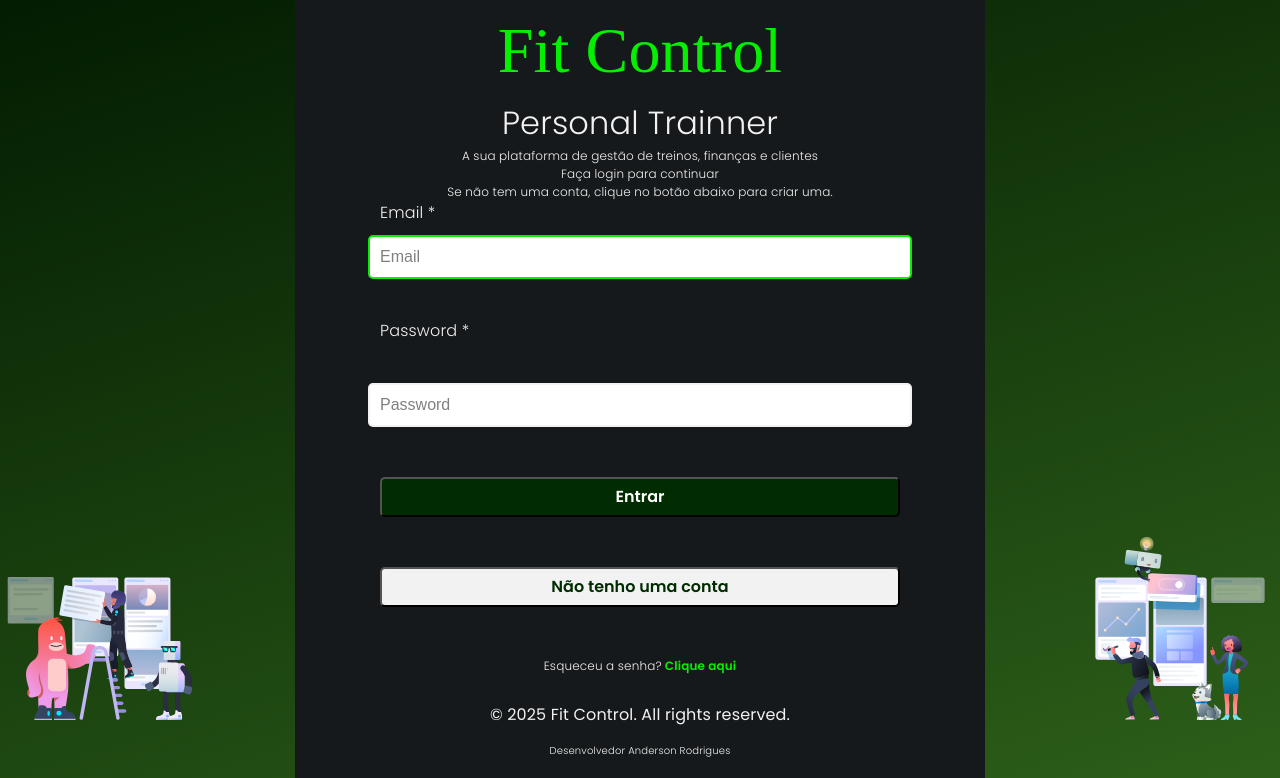
Repository: fit-control/frontend-fit-control
Page: /
The author's editor kept a copy of each file at every save. The page is drawn from the files as they stood at one save, then again after the next save.
The browser window is 1280 px wide. The pictures show the whole page.
The page's requests for data from a server got no answer. Some web fonts or font styles are not loaded; a fallback is used. The project was rebuilt for these pictures with package versions that can differ from the ones it lists, and the page was loaded fresh each time. No one was signed in, and anything a server would have sent is missing. Also part of the build but not shown: next.config.js, vite.config.ts, src/components/containerCenterCadastro.tsx, src/pages/About.tsx, src/pages/NotFound.tsx, src/components/AuthRoutes.tsx, src/pages/PaginaTeste.tsx.

Above is the page before, as saved 2025-03-23 19:36:18.

### src/main.tsx
import { StrictMode } from 'react'
import { createRoot } from 'react-dom/client'
import './App.css'
import App from './App.tsx'
import { AuthProvider } from './context/auth.tsx'

createRoot(document.getElementById('root')!).render(
  <StrictMode>
    <AuthProvider>
      <App />
    </AuthProvider>
  </StrictMode>,
)

### src/App.css
@import url('https://fonts.googleapis.com/css2?family=Alike+Angular&family=Platypi:ital,wght@0,300..800;1,300..800&family=Poppins:ital,wght@0,100;0,200;0,300;0,400;0,500;0,600;0,700;0,800;0,900;1,100;1,200;1,300;1,400;1,500;1,600;1,700;1,800;1,900&display=swap');
@import url('https://fonts.googleapis.com/css2?family=Aguafina+Script&family=Alike+Angular&family=Platypi:ital,wght@0,300..800;1,300..800&family=Poppins:ital,wght@0,100;0,200;0,300;0,400;0,500;0,600;0,700;0,800;0,900;1,100;1,200;1,300;1,400;1,500;1,600;1,700;1,800;1,900&display=swap');
/* @tailwind base;
@tailwind components;
@tailwind utilities; */

/* :root {
  --background: #ffffff;
  --foreground: #171717;
}

@media (prefers-color-scheme: light) {
  :root {
    --background: #0a0a0a;
    --foreground: #ededed;
  }
} */

body {
  padding: 0;
  margin: 0;
  font-family: Poppins, sans-serif;
  font-size: 16px;
  line-height: 1.5;
  font-weight: 400;
  width: 100vw;
  height: 100vh;
  letter-spacing: 0.01em;
  display: flex;
  justify-content: center;
  align-items: center;

  .iconPageLeft {
    position: absolute;
    left: 0;
    bottom: 0;
    max-width: 400px;
    max-height: 400px;

    @media (max-width: 1480px) {
      max-width: 300px;
      max-height: 300px;
    }
    @media (max-width: 1280px) {
      max-width: 200px;
      max-height: 200px;
    }
    @media (max-width: 930px) {
      display: none;
    }
  }
  .iconPageRight {
    position: absolute;
    right: 0;
    bottom: 0;
    max-width: 400px;
    max-height: 400px;

    @media (max-width: 1480px) {
      max-width: 300px;
      max-height: 300px;
    }

    @media (max-width: 1280px) {
      max-width: 200px;
      max-height: 200px;
    }
    @media (max-width: 930px) {
      display: none;
    }
  }

  .containerLogin {
    width: 650px;
    min-height: calc(100vh - 40px);
    display: flex;
    flex-direction: column;
    justify-content: space-between;
    padding: 20px;
    align-items: center;
    background-color: #16191B;

    @media (max-width: 930px) {
      width: calc(100vw - 40px);
      overflow: hidden;
    }
    .divTitle {
      margin-top: 40px;
      display: flex;
      flex-direction: column;
      align-items: center;
      justify-content: center;

      h1 {
        margin: 0;
        color: #04F000;
        font-family: 'Aguafina Script', cursive;
        font-size: 4rem;
        font-weight: 400;
      }
      h3 {
        margin: 0;
        color: #F2F2F2;
        font-family: 'Poppins', sans-serif;
        font-size: 2rem;
        font-weight: 300;
      }
      p {
        color: #F2F2F2;
        font-size: 12px;
        font-weight: 300;
        margin: 0;
        text-align: center;
        display: flex;
      }
    }
    p {
      text-align: center;
      display: flex;
      color: #F2F2F2;
    }
    footer {
      display: flex;
      flex-direction: column;
      align-items: center;
      justify-content: center;

      .assignDeveloper {
        margin: 0%;
        color: #F2F2F2;
        font-size: 10px;
        font-weight: 300;
      }
    }

    .centerCard {
      display: flex;
      flex-direction: column;
      align-items: center;
      justify-content: center;
      gap: 40px;
      width: -webkit-fill-available;

      div {
        width: 100%;
        display: flex;
        flex-direction: column;
        align-items: center;
        gap: 10px;
        justify-content: center;
      }
      select {
        width: 84%;
        border-radius: 5px;
        height: 40px;
        margin: 10px;
      }
      input {
        width: 80%;
        height: 40px;
        border: 2px solid #F2F2F2;
        border-radius: 5px;
        padding: 0 10px;
        /* background-color: #16191B; */
        color: #16191B;
        font-size: 16px;
        font-weight: 300;
        outline: none;
        transition: all 0.3s ease;
        &::placeholder {
          color: gray;
          font-size: 16px;
          font-weight: 400;
        }
        &:focus {
          border-color: #04F000;
        }
      }
      .input-error {
        border: 2px solid red !important;
      }
      .input-text-error {
        margin: 0;
        color: red !important;
        font-weight: 300 !important;
      }
      label {
        color: #F2F2F2;
        font-size: 16px;
        font-weight: 300;
        display: flex;
        justify-content: flex-start;
        width: 80%;
      }
      button {
        width: 80%;
        height: 40px;
        border-radius: 5px;
        padding: 0 10px;
        font-family: 'Poppins', sans-serif;
        font-size: 16px;
        font-weight: 600;
        outline: none;
        transition: all 0.3s ease;
      }
      .button1{
        background-color: #012B00 !important;
        color: #FFFFFF !important;
      }
      .button1:hover{
        border: 2px solid #04F000;
        transition: all 0.4s ease-in-out;
      }
      .registerButton {
        background-color: #F2F2F2;
        color: #012B00;
        font-family: 'Poppins', sans-serif;
        font-size: 16px;
        font-weight: 600;
        outline: none;
        transition: all 0.3s ease;
        margin-top: 10px;

      }
      .registerButton:hover {
        background-color: #012B00;
        text-decoration: underline;
        color: #F2F2F2;
        border: 2px solid #04F000;
        cursor: pointer;
        transition: all 0.4s ease-in-out;
      }
      .registerLink {
        color: #04F000;
        font-weight: 600;
      }
      .tagRegister {
        margin-top: 10px;
        font-size: 12px;
        font-weight: 300;
        gap: 3px;
        cursor: pointer;
      }
      .registerLink {
        color: #04F000;
        font-weight: 600;
        text-decoration: none;
      }
      .registerLink:hover {
        text-decoration: underline;
      }
    }
  }
}

### src/App.tsx
import './App.css'
import Home from './pages/Home'
import About from './pages/About';
import NotFound from './pages/NotFound';
import { BrowserRouter as Router, Route, Routes } from "react-router-dom";
import AuthRoutes from './components/AuthRoutes';
import PaginaTeste from './pages/PaginaTeste';

function App() {

  return (
    <Router>
      <div>
      <Routes>
        <Route index element={<Home />} />
        <Route path="/cadastro" element={<Home />}/>
          <Route element={<AuthRoutes />}>
            <Route path="/pagina-teste" element={<PaginaTeste />}/>
          </Route>
          <Route path="/about" element={<About />} />
        <Route path="*" element={<NotFound />} />
      </Routes>
      </div>
    </Router>
  );
}

export default App

### src/context/auth.tsx
import React, { createContext, useContext, useState, useEffect, useCallback } from "react";
import axios from "axios";
import api from "../api/api";

interface User {
  id: string;
  email: string;
  password: string;
  name: string;
  role: string;
}

interface AuthContextType {
  user: User | null;
  login: (email: string, password: string) => Promise<User>;
  logout: () => void;
  isAuthenticated: boolean;
}

// Criação do contexto
const AuthContext = createContext<AuthContextType>({
  user: {
    id: '',
    email: '',
    password: '',
    name: '',
    role: ''
  },
  login: async () => ({
    id: '',
    email: '',
    password: '',
    name: '',
    role: ''
  }),
  logout: () => {},
  isAuthenticated: false
});

// Provider do contexto de autenticação
export const AuthProvider = ({ children }: { children: React.ReactNode }) => {
  const [user, setUser] = useState<User | null>(null);
  const [isAuthenticated, setIsAutenticatad] = useState<boolean>(false);

  const logout = () => {
    setIsAutenticatad(false);
    setUser(null);
    localStorage.removeItem("token");
    delete axios.defaults.headers.common["Authorization"];
  };

  const fetchUserData = useCallback(async (authToken: string) => {
    try {
      const response = await axios.get("/auth/me", {
        headers: { Authorization: `Bearer ${authToken}` },
      });
      setUser(response.data);
    } catch (error) {
      console.error("Erro ao buscar dados do usuário:", error);
      logout();
    }
  }, []);

  useEffect(() => {
    // Verifica se há um token salvo no localStorage ao carregar a aplicação
    const storedToken = localStorage.getItem("token");
    if (storedToken) {
      setIsAutenticatad(true);
      axios.defaults.headers.common["Authorization"] = `Bearer ${storedToken}`;
      fetchUserData(storedToken); // Busca os dados do usuário autenticado
    }
  }, [fetchUserData]);

  const login = async (email: string, password: string): Promise<User> => {
    console.log("Iniciando login com:", email, password);

    try {
      const response = await api.post("/api/login", { email, password });
      console.log("Resposta da API:", response.data);

      const { token } = response.data;

      if(token)setIsAutenticatad(true);
      localStorage.setItem("token", token);
      axios.defaults.headers.common["Authorization"] = `Bearer ${token}`;

      const fakeUser: User = {
        id: "123",
        email,
        password,
        name: "Usuário Fake",
        role: "Admin",
      };

      setUser(fakeUser);
      console.log("Usuário autenticado:", fakeUser);
      console.log(isAuthenticated)

      return fakeUser;
    } catch (error) {
      console.warn("Erro no login:", error);
      throw error; // Re-lança o erro para ser tratado pelo componente
    }
  };



  return (
    <AuthContext.Provider value={{ user, isAuthenticated, login, logout }}>
         {children}
    </AuthContext.Provider>
  );
};

// Hook para consumir o contexto
export const useAuth = () => useContext(AuthContext);

### src/pages/Home.tsx
import ContainerCenterCadastro from "../components/containerCenterCadastro";
import ContainerCenterLogin from "../components/containerCenterLogin";
import { useLocation } from "react-router-dom";

function Home() {
  const location = useLocation();
  return (
    <div className="items-center justify-items-center min=w-screen flex fundo_login" style={{
      width: '100vw',
      background: 'linear-gradient(343deg, rgba(22, 77, 0, 0.9), rgba(0, 25, 0, 10.9))'
    }}>
       {location.pathname === "/cadastro" ? <ContainerCenterCadastro /> : <ContainerCenterLogin />}
    </div>
  );
}
export default Home;

### src/api/api.ts
import axios from "axios";

const baseURL = import.meta.env.VITE_BASE_URL; // Use import.meta.env
const api = axios.create({
  baseURL: baseURL, // URL base da API
  timeout: 5000, // Tempo limite para requisições
  headers: { "Content-Type": "application/json" }, // Cabeçalhos padrão
});

// Interceptor para adicionar o token de autenticação nas requisições
api.interceptors.request.use(
    (config) => {
      // Recuperar o token do localStorage (ou outra fonte)
      const token = localStorage.getItem("token");

      if (token) {
        // Adicionar o token no cabeçalho da requisição
        config.headers.Authorization = `Bearer ${token}`;
      }

      // Retornar a configuração modificada
      return config;
    },
    (error) => {
      // Tratar erros na configuração da requisição
      console.error("Erro ao configurar a requisição:", error);
      return Promise.reject(error);
    }
  );

  // Interceptor para tratar respostas da API
  api.interceptors.response.use(
    (response) => {
      // Aqui você pode processar a resposta antes de retornar os dados
      console.log("Resposta bem-sucedida:", response);
      return response;
    },
    (error) => {
      // Tratar erros de resposta (ex.: erro 401 ou 500)
      if (error.response) {
        console.error("Erro na resposta da API:", error.response.data);

        // Exemplo: Redirecionar para login em caso de erro 401 (não autorizado)
        if (error.response.status === 401) {
          console.log("Token expirado. Redirecionando para login...");
          window.location.href = "/";
        }
      } else {
        console.error("Erro na requisição:", error.message);
      }

      return Promise.reject(error);
    }
  );

export default api;

### src/components/containerCenterLogin.tsx
// import { useAuth } from "../context/auth";
import { useState } from "react";
import { useNavigate } from "react-router-dom";
import { ToastContainer, } from "react-toastify";
import "react-toastify/dist/ReactToastify.css";
import { useForm } from 'react-hook-form'

type TFormData = {
  email: string
  password: string
}
const ContainerCenterLogin = () => {
  // const { login } = useAuth();
  const navigate = useNavigate();
  // const [email, setEmail] = useState('');
  // const [password, setPassword] = useState('');
  const [loading, ] = useState(false);

  // const handleLogin = async () => {
  //   setLoading(true);
  //   console.log("CLICOU"); // Certifique-se de que o botão foi clicado
  //   try {
  //     console.log("BUSCANDO...");
  //     console.log("Email:", email, "Password:", password); // Log dos dados enviados
  //     const data = await login(email, password); // Chamada do login
  //     toast.success(`Bem vindo ${data.name}!!`)
  //     setTimeout(() => {
  //       navigate('/pagina-teste')
  //     }, 3000)
  //     console.log("Data retornada do login:", data); // Log dos dados retornados
  //   // eslint-disable-next-line @typescript-eslint/no-unused-vars
  //   } catch (error) {
  //     toast.error("Erro ao fazer login. Verifique suas credenciais.")
  //   }finally{
  //     setLoading(false);
  //   }
  // };

  const [errorMessage, ] = useState<string | undefined>(
    undefined,
  )

  const {
    handleSubmit,
    register,
    reset,
    formState: { errors}
  } = useForm<TFormData>({
    mode: 'onSubmit',
  })
  console.log("errors: ", errors)

  // useEffect(() => {
  //   const savedCredentials = getDadosProfileLocalStorage()
  //   if (savedCredentials) {
  //     try {
  //       const { user, password } = savedCredentials
  //       setValue('user', user)
  //       setValue('password', password)
  //     } catch (error) {
  //       console.error('Failed to parse saved credentials:', error)
  //     }
  //   }
  // }, [setValue])

  const handleFormSubmit = async ({ email, password }: TFormData) => {
    console.log("Submit do formulário", email, password)
    // setLoading(true);
    // // const credentials = { user, password }
    // // setDadosProfileLocalStorage(credentials)

    // try {
    //   const response = await login(email, password)
    //   if (response) {
    //     toast.success(`Seja bem vindo ${response.name}! login realizado com sucesso.`)
    //     setTimeout(() => {navigate('/pagina-teste')}, 1000)
    //   }
    // } catch (error) {
    //   // setFocus('email')
    //   // setFocus('password')
    //   toast.error('Email ou senha inválidos. Tente novamente.')
    //   if (error instanceof Error) setErrorMessage(error.message)
    //     setTimeout(() => {
    //       setErrorMessage(() => '')
    //     }, 2000)
    // }finally{
    //   setLoading(false);
    // }
  }
  return (
    <form style={{
      width: '100vw',
      justifyContent: "center",
      display: "flex",
    }} onSubmit={handleSubmit((data) => handleFormSubmit(data), (errors) => console.log("ERROR: ", errors))}>
      <img src="/trello-right.e6e102c7 (1).svg" alt="iconPageLeft" className="iconPageLeft" />
        <main className="containerLogin">
        <div className="divTitle">
          <h1 className="title">Fit Control</h1>
          <h3 className="subtitle">Personal Trainner</h3>
          <p className="description">A sua plataforma de gestão de treinos, finanças e clientes</p>
          <p className="description">Faça login para continuar</p>
          <p className="description">Se não tem uma conta, clique no botão abaixo para criar uma.</p>

        </div>
        <div className="centerCard">
          <div className="">
            <label htmlFor="email" style={{ color: errorMessage ? "red" : ""}}>Email *</label>
            <input
              type="text"
              placeholder="Email"
              {...register('email', {
                required: true,
                pattern: {
                  value: /^[a-zA-Z0-9._%+-]+@[a-zA-Z0-9.-]+\.[a-zA-Z]{2,}$/,
                  message: 'Email inválido',

                }
              })}
              autoFocus
              className={errors?.email && "input-error"}
            />
          </div>
          {errors.email && (
            <p className={errors.email && "input-text-error"}>{errors.email.type}</p>
          )}
          <label htmlFor="password" style={{ color: errorMessage ? "red" : ""}}>Password *</label>
          <input
            type="password"
            placeholder="Password"
            {...register('password', {
              required: true,

            })}
            className={errors?.password && "input-error"}
          />
          <button disabled={loading} type="submit" className="registerButton button1" >
            {loading ? 'Carregando...' : 'Entrar'}
          </button>
          <button className="registerButton" type="button" onClick={(e) => {
            e.preventDefault(); // Impede a ação padrão do botão
            setTimeout(() => {
              navigate('/cadastro');
              reset(); // Reseta o formulário
            }, 200);
          }}>Não tenho uma conta</button>
          <p className="tagRegister">Esqueceu a senha? <a onClick={(e) => {
            e.preventDefault(); // Impede a ação padrão do botão
            setTimeout(() => {
              navigate('/recuperar-senha');
              reset(); // Reseta o formulário
            }, 1000);
          }} className="registerLink">Clique aqui</a></p>
        </div>

        <footer className="">
          <p className="">
            &copy; {new Date().getFullYear()} Fit Control. All rights reserved.
          </p>
          <p className="assignDeveloper">Desenvolvedor Anderson Rodrigues</p>
        </footer>
      </main>
      <img src="/trello-left.4f52d13c (1).svg" alt="iconPageRight" className="iconPageRight" />
      <ToastContainer />
    </form>
  );
};

export default ContainerCenterLogin;

Loaded but not shown: index.html (common file); tailwind.config.js (common file)

After the next save:
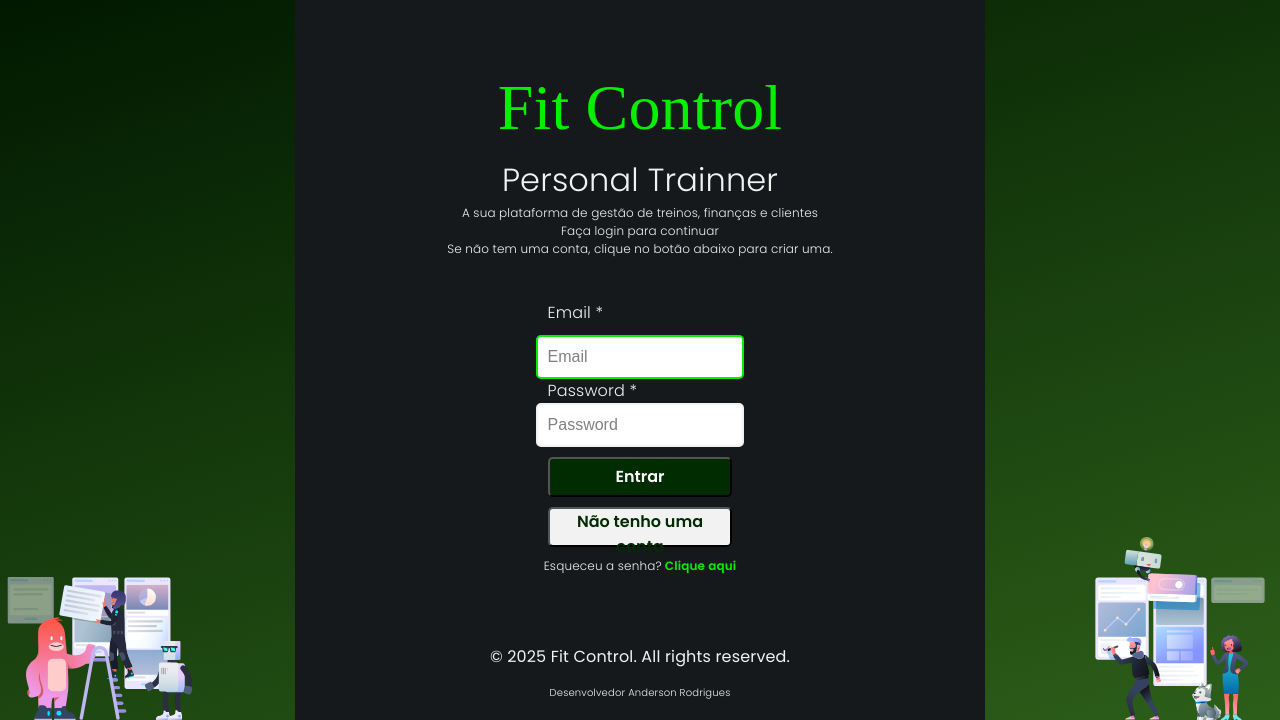
Saved 26 s later.
--- a/src/App.css
+++ b/src/App.css
@@ -138,8 +138,6 @@
       flex-direction: column;
       align-items: center;
       justify-content: center;
-      gap: 40px;
-      width: -webkit-fill-available;
 
       div {
         width: 100%;

After the save that followed:
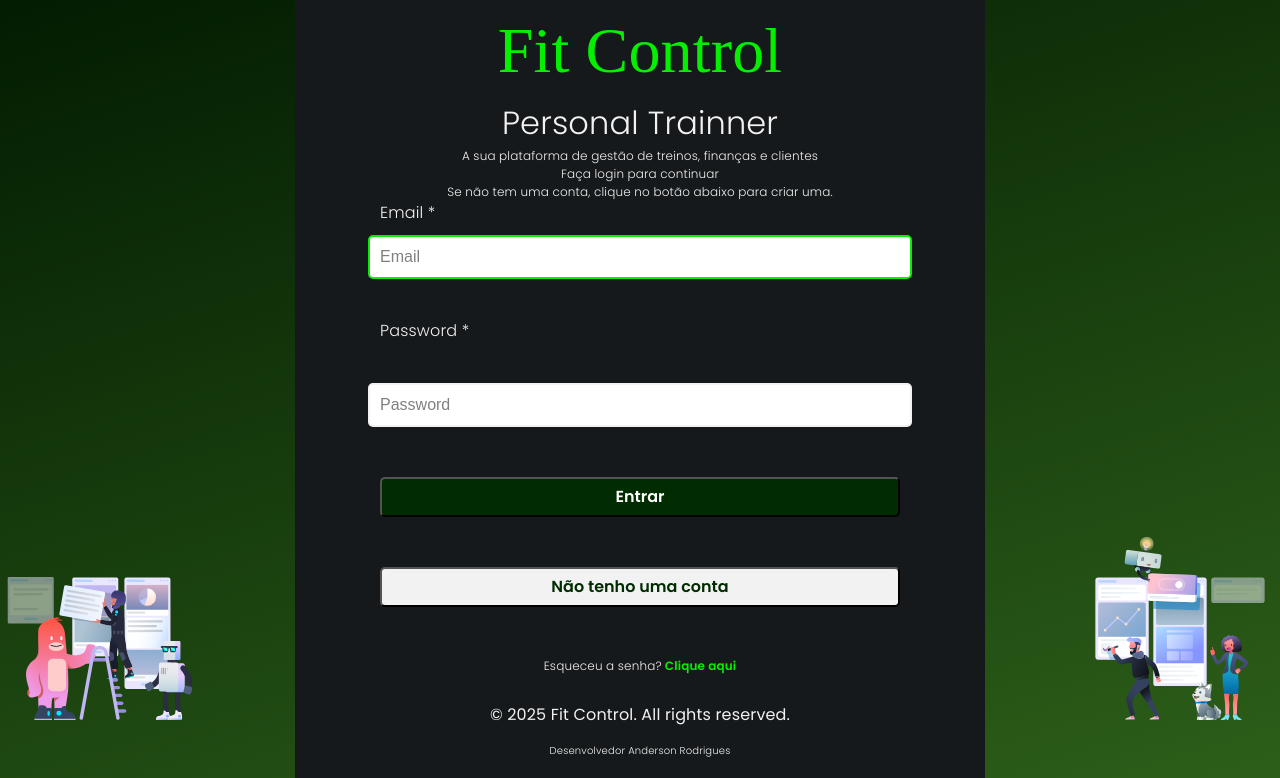
Saved 10 s later.
--- a/src/App.css
+++ b/src/App.css
@@ -138,6 +138,8 @@
       flex-direction: column;
       align-items: center;
       justify-content: center;
+      gap: 40px;
+      width: -webkit-fill-available;
 
       div {
         width: 100%;
